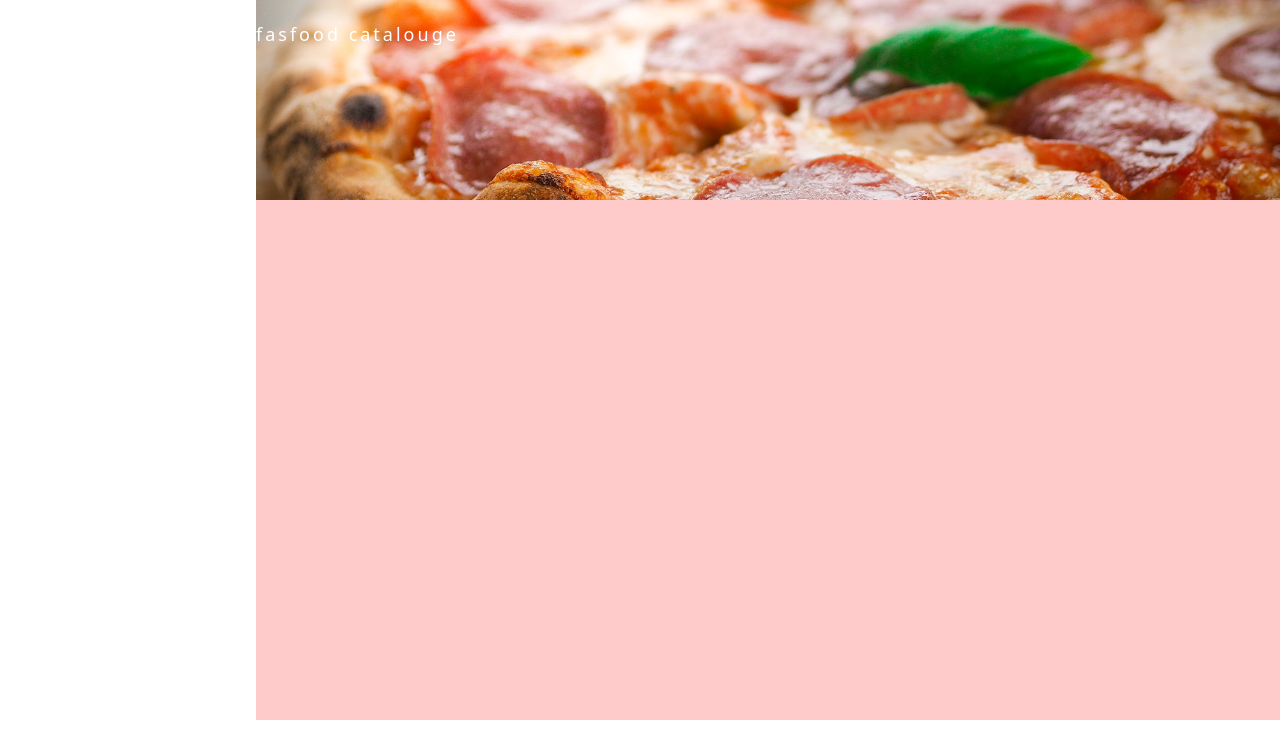
Repository: zahranaserii/FastFoodProject
Page: /
These files come from the project's save history. The page is drawn as it stood at one moment and after the next save; the edit follows.
The browser window is 1280 px wide. The pictures show the whole page.
The project was rebuilt for these pictures with package versions that can differ from the ones it lists, and the page was loaded fresh each time.

Above is the page before, as saved 2023-11-17 11:19:45.

After the next save:
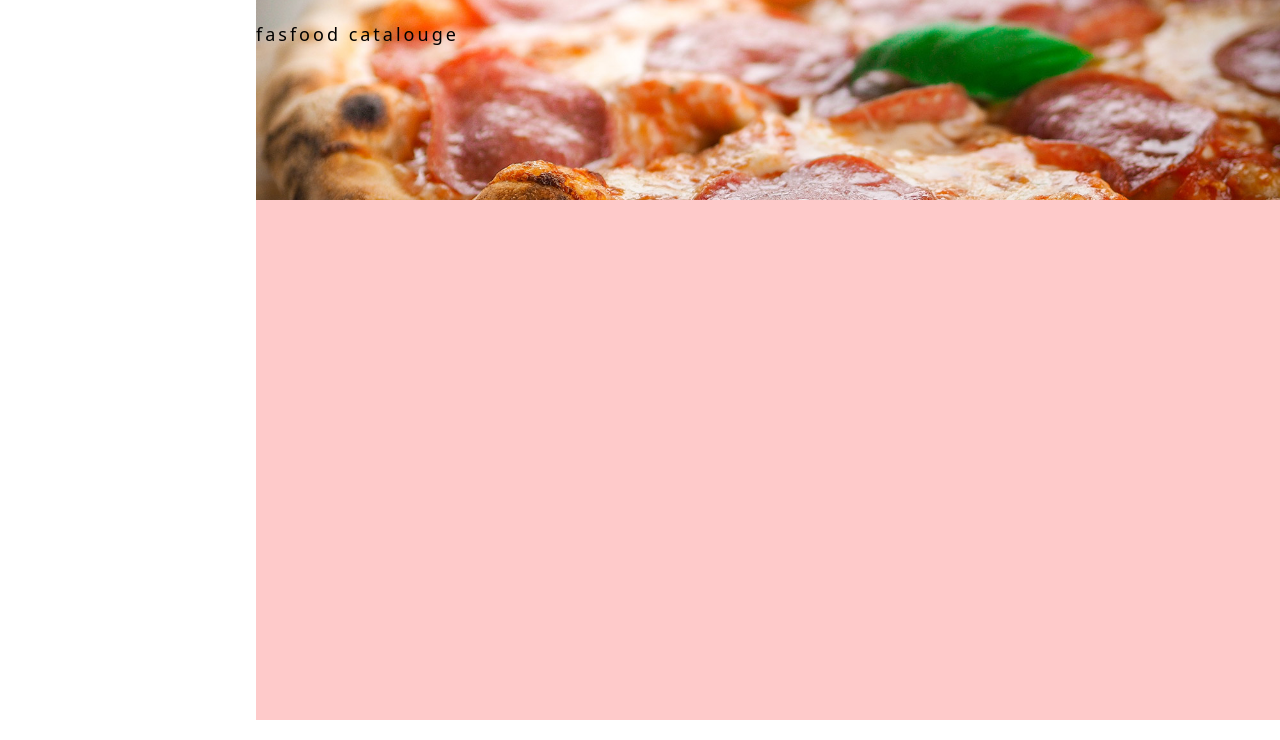
Saved 12 s later.
--- a/src/Header/Header.jsx
+++ b/src/Header/Header.jsx
@@ -4,7 +4,7 @@ const Header = () => {
   return (
     <header className="bg-cover bg-center py-5">
       <div className="container">
-        <h1 className="text-white text-lg text-end">fasfood catalouge</h1>
+        <h1 className="text-black text-lg text-end">fasfood catalouge</h1>
       </div>
     </header>
   );
